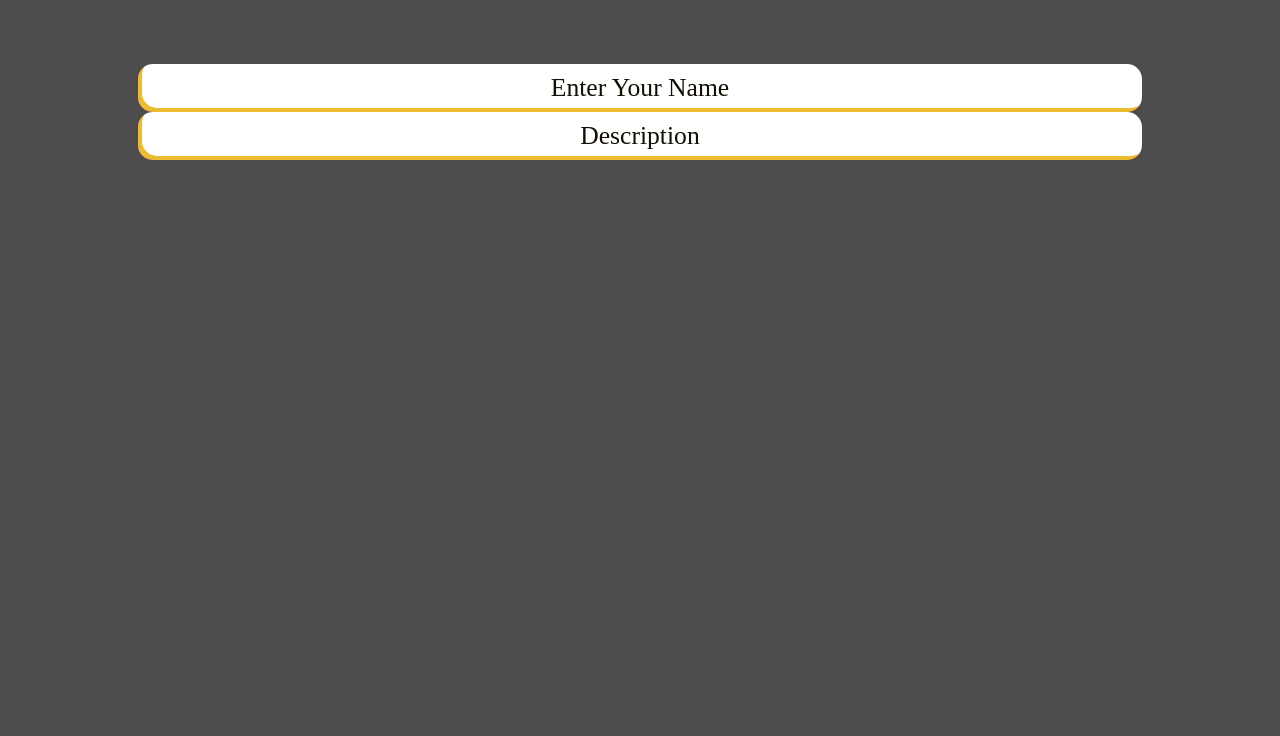
Repository: Haneef-Shaik/Greetings
Page: /
These files come from the project's save history. The page is drawn as it stood at one moment and after the next save; the edit follows.
The browser window is 1280 px wide. The pictures show the whole page.
The project was rebuilt for these pictures with package versions that can differ from the ones it lists, and the page was loaded fresh each time. The framework's server and built-in components were replaced by stand-ins that run in the browser. Also part of the build but not shown: next.config.js, styles/card.module.scss, components/card.js, styles/socialShare.module.scss, components/socialShare.js.

Above is the page before, as saved 2021-12-01 20:32:16.

### pages/_app.js
import '../styles/globals.css'
import 'bootstrap/dist/css/bootstrap.css'


function MyApp({ Component, pageProps }) {
  return <Component {...pageProps} />
}

export default MyApp

### pages/index.js
import Card from "../components/card.js";
import {useRouter} from 'next/router';
import Ss from "../components/socialShare"
import InpFrm from "../components/form"

export default function Home() {
  const {query} = useRouter();
  const myurls='https://gratefulprayerthankfulheart.com/wp-content/uploads/2014/12/aquawhitechristmastreegreeting.jpg';

  if(query.length > 0)
  {

    if(query.greeting)
    {
      return (
        <>
          <Card event={query.event} image={query.bgImg} name={query.name} greeting={query.greeting}  />
        </>
          )
    }
    else
    {
      return (
        <>
          <Card event={query.event} image={query.bgImg} name={query.name}  />
        </>
          )
    }

  }
  else
  {
    return (
        <>
          <InpFrm />
        </>
        )
  }
    // return (
    //   <>
        {/* <Card event='Event' image={myurls} name='Name' color='red' greeting="Lorem Ipsum is simply dummy text of the printing and typesetting industry. Lorem Ipsum has been thing software like Aldus PageMaker including versions of Lorem Ipsum."  /> */}
        {/* <Ss mylink="localhost:3000/name=haneef&event=christmas" /> */}
    {/*     <Ss mylink="localhost:3000/name=haneef&event=christmasW&sddsajnodsoduaibdadbksa" /> */}
    //   </>
    //     )

}

### components/form.js
/* eslint-disable no-undef */
import React, {useState,useRef} from 'react'

import 'bootstrap/dist/css/bootstrap.min.css';
import styles from '../styles/form.module.scss';
import IMAGE from 'next/image'


function Edit() {
    return (
        <div className="container-fluid p-2 "  style={{backgroundColor:'#4C4C4C'} }>
            <div className="container">
                <div className="row">
                    <div className="col-12">
                        <div className={styles.formContainer} >
                            <form className="formStyle">
                                <input type="text" placeholder="Enter Your Name" className="col-12" required />
                                <input type="text" placeholder="Description" className="col-12" optional />

                            </form>
                        </div>
                    </div>
                </div>
            </div>
        </div>
    )
}


class InvitationCard extends React.Component{
    render(){
        return (

                <div className="body p-2" style={{backgroundColor: this.props.c,backgroundImage:`url(${this.props.im})`,backgroundSize:350,backgroundRepeat:'no-repeat'}} >
                    <h1 id="heading" style={{color: this.props.heading}}>{this.props.name}</h1>
                    <p style={{marginTop: "50px",color: this.props.content}}>{this.props.message}</p>
                    <p style={{color: this.props.content}} id="toWhom">{this.props.to}</p>
                </div>
        )
    }

}



export default Edit;

### styles/form.module.scss
.formContainer{
    padding:5%;
    height:100vh;
    background-color:#4C4C4C;
    // background: linear-gradient(#920000,#800000,#6D0000,#490000);
    input{
        text-align:center;
        font-family: 'Times New Roman', Times, serif;
        font-size:1.6rem;
        border:none;

        background-color:#fff;
        border-radius:15px;
        box-shadow: inset 4px -4px 0px #EABC32 , inset 2px -2px 0px #f00 ;
        line-height:3rem;
        &::placeholder{
            color:#120E02;
        }
    }
}

Loaded but not shown: styles/globals.css (common file)

After the next save:
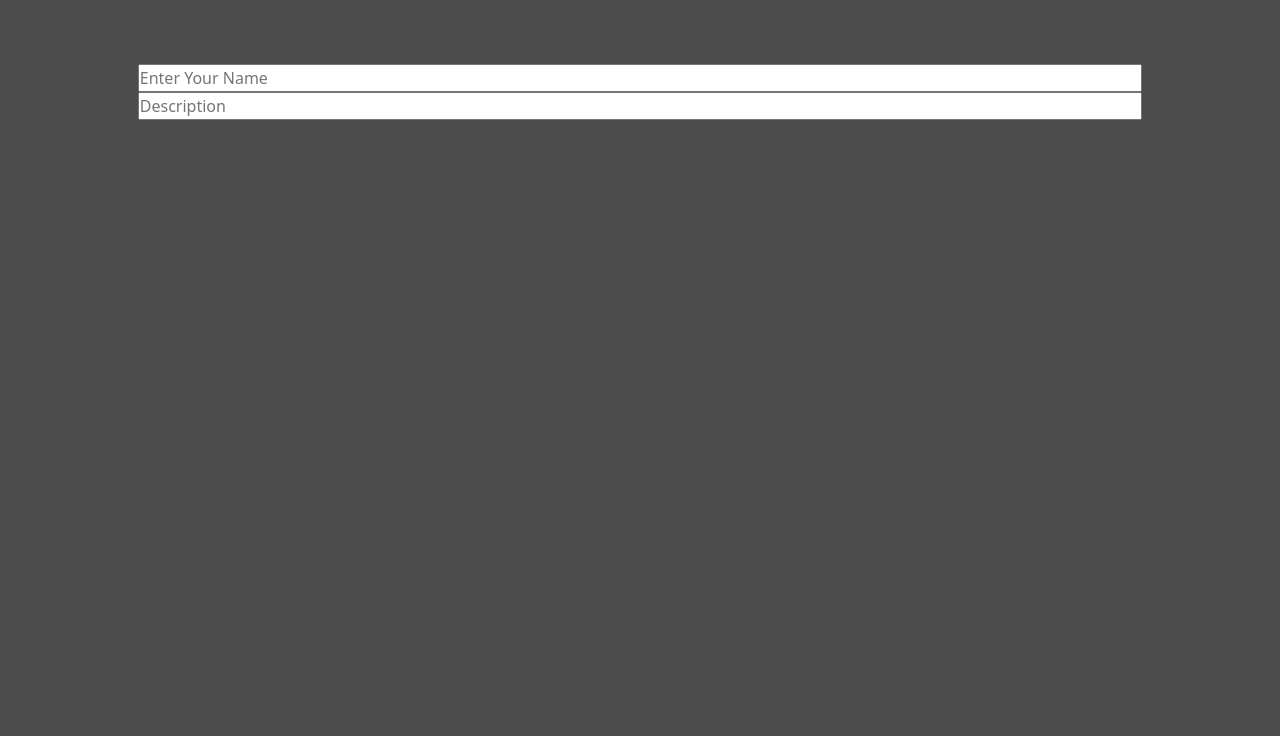
Saved 46 s later.
--- a/styles/form.module.scss
+++ b/styles/form.module.scss
@@ -3,18 +3,23 @@
     height:100vh;
     background-color:#4C4C4C;
     // background: linear-gradient(#920000,#800000,#6D0000,#490000);
-    input{
-        text-align:center;
-        font-family: 'Times New Roman', Times, serif;
-        font-size:1.6rem;
-        border:none;
+    .formStyle{
+        display: flex;
+        justify-content: center;
+        align-items: center;
+        input{
+            text-align:center;
+            font-family: 'Times New Roman', Times, serif;
+            font-size:1.6rem;
+            border:none;
 
-        background-color:#fff;
-        border-radius:15px;
-        box-shadow: inset 4px -4px 0px #EABC32 , inset 2px -2px 0px #f00 ;
-        line-height:3rem;
-        &::placeholder{
-            color:#120E02;
+            background-color:#fff;
+            border-radius:15px;
+            box-shadow: inset 4px -4px 0px #EABC32 , inset 2px -2px 0px #f00 ;
+            line-height:3rem;
+            &::placeholder{
+                color:#120E02;
+            }
         }
     }
 }
